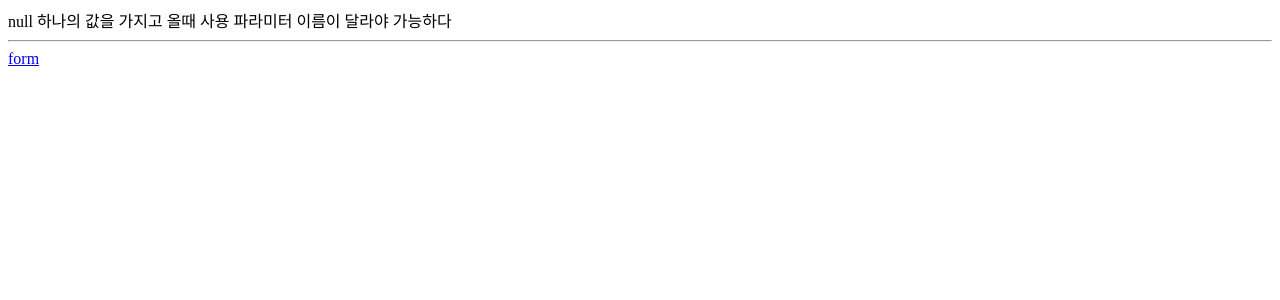
Repository: KimJaeHwan98/tomcat01
Page: http://localhost/3_req_res/req/ex02_result.jsp
The author's editor kept a copy of each file at every save. The page is drawn from the files as they stood at one save, then again after the next save.
The browser window is 1280 px wide. The pictures show the whole page.
The page is served by Tomcat 9.

Above is the page before, as saved 2024-04-29 05:36:51.

### 3_req_res/src/main/webapp/req/ex02_result.jsp
<%@ page language="java" contentType="text/html; charset=UTF-8"
    pageEncoding="UTF-8"%>
<!DOCTYPE html>
<html>
<head>
<meta charset="UTF-8">
<title>Insert title here</title>
</head>
<body>
	<%request.setCharacterEncoding("utf-8"); %>
	<%= request.getParameter("chk") %>
	하나의 값을 가지고 올때 사용 파라미터 이름이 달라야 가능하다
	<hr>
	<a href="ex02_form.jsp">form</a>

</body>
</html>

After the next save:
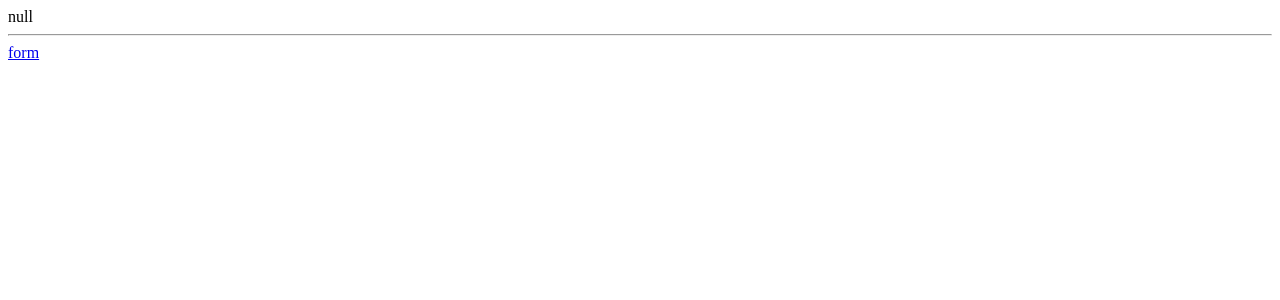
Saved 109 s later.
--- a/3_req_res/src/main/webapp/req/ex02_result.jsp
+++ b/3_req_res/src/main/webapp/req/ex02_result.jsp
@@ -9,7 +9,9 @@
 <body>
 	<%request.setCharacterEncoding("utf-8"); %>
 	<%= request.getParameter("chk") %>
-	하나의 값을 가지고 올때 사용 파라미터 이름이 달라야 가능하다
+	<%
+	String[] chks = request.getParameterValues("chk");
+	%>
 	<hr>
 	<a href="ex02_form.jsp">form</a>
 
